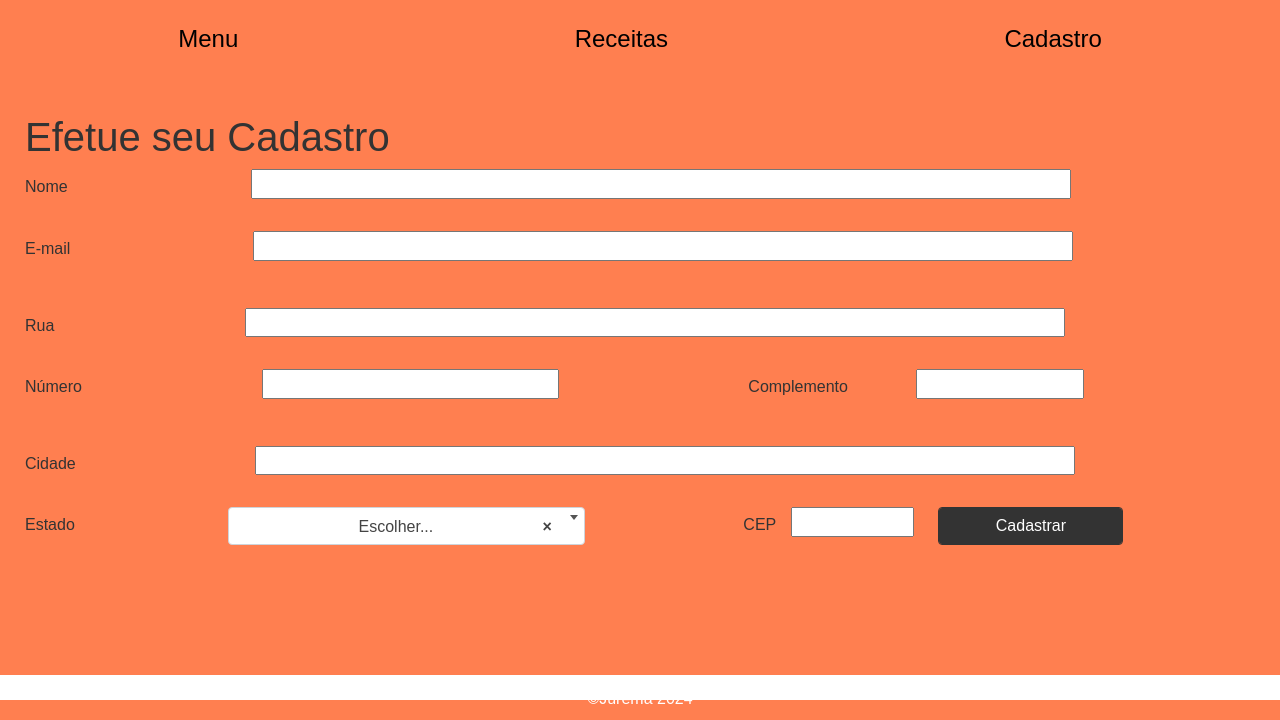
Repository: devropaes/RECEITAS
Page: OneDrive/Área de Trabalho/Estudos/Estácio/receitas/cadastro.html
An editor plug-in stored every save of this project. The page is shown before and after the next save, followed by the edit.
The browser window is 1280 px wide. The pictures show the whole page.

Above is the page before, as saved 2024-03-15 09:29:44.

After the next save:
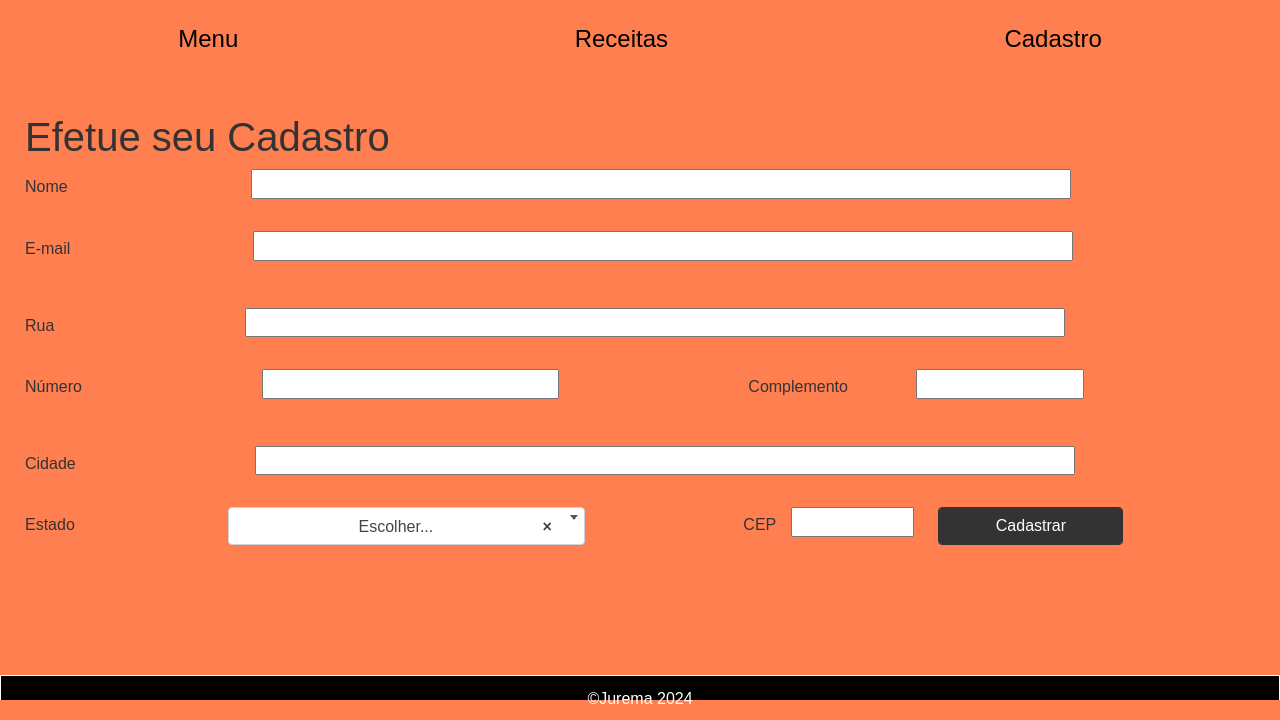
Saved 11 s later.
--- a/OneDrive/Área de Trabalho/Estudos/Estácio/receitas/formatos.css
+++ b/OneDrive/Área de Trabalho/Estudos/Estácio/receitas/formatos.css
@@ -171,9 +171,17 @@ header {
     z-index: 1000; /* Certifique-se de que o cabeçalho apareça acima do conteúdo */
 }
 .rodape {
+    background-color: var(--cor-terciaria);
+    border-color: var(--cor-hover);
+    color: var(--cor-hover);
+    text-align: center;
+    padding: 10px;
     position: fixed;
-    bottom: 0;
+    border-bottom: var(--cor-hover);
+    left: 0;
+    bottom: 0%;
     width: 100%;
-    background-color: var(--cor-hover);
+    max-width: 100%;
     z-index: 1000;
+
 }
